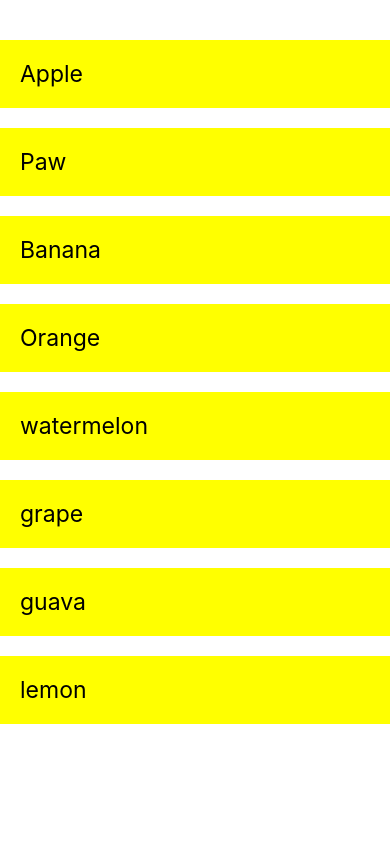
Repository: akinmiday/ReactNativeApp
Screen: /
The author's editor kept a copy of each file at every save. The screen is drawn from the files as they stood at one save, then again after the next save.
The app was drawn by React Native's web renderer in a window 390 px wide. The project was rebuilt for these pictures with package versions that can differ from the ones it lists, and the page was loaded fresh each time.

Above is the screen before, as saved 2023-08-03 08:06:57.

### App.js
import { StatusBar } from "expo-status-bar";
import { useState } from "react";
import { StyleSheet, View, Text } from "react-native";

export default function App() {
  const [fruit, setFruit] = useState([
    { name: "Apple", key: "1" },
    { name: "Paw", key: "2" },
    { name: "Banana", key: "3" },
    { name: "Orange", key: "4" },
    { name: "watermelon", key: "5" },
    { name: "grape", key: "6" },
    { name: "guava", key: "7" },
    { name: "lemon", key: "8" },
  ]);
  return (
    <View style={styles.container}>
      {fruit.map((fruits) => {
        return (
          <View key={fruits.key}>
            <Text style={styles.fruits}>{fruits.name}</Text>
          </View>
        );
      })}
    </View>
  );
}

const styles = StyleSheet.create({
  container: {
    flex: 1,
    backgroundColor: "#fff",
    marginTop: 20,
  },
  fruits: {
    fontSize: 23,
    backgroundColor: "yellow",
    marginTop: 20,
    padding: 20,
  },
});

After the next save:
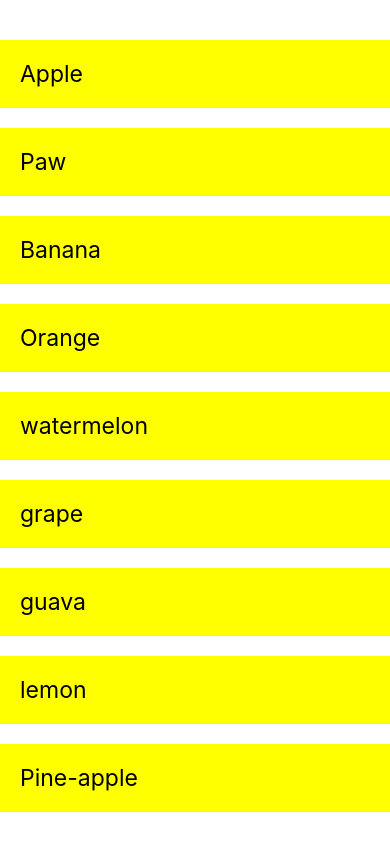
Saved 73 s later.
--- a/App.js
+++ b/App.js
@@ -12,6 +12,7 @@ export default function App() {
     { name: "grape", key: "6" },
     { name: "guava", key: "7" },
     { name: "lemon", key: "8" },
+    { name: "Pine-apple", key: "9" },
   ]);
   return (
     <View style={styles.container}>
